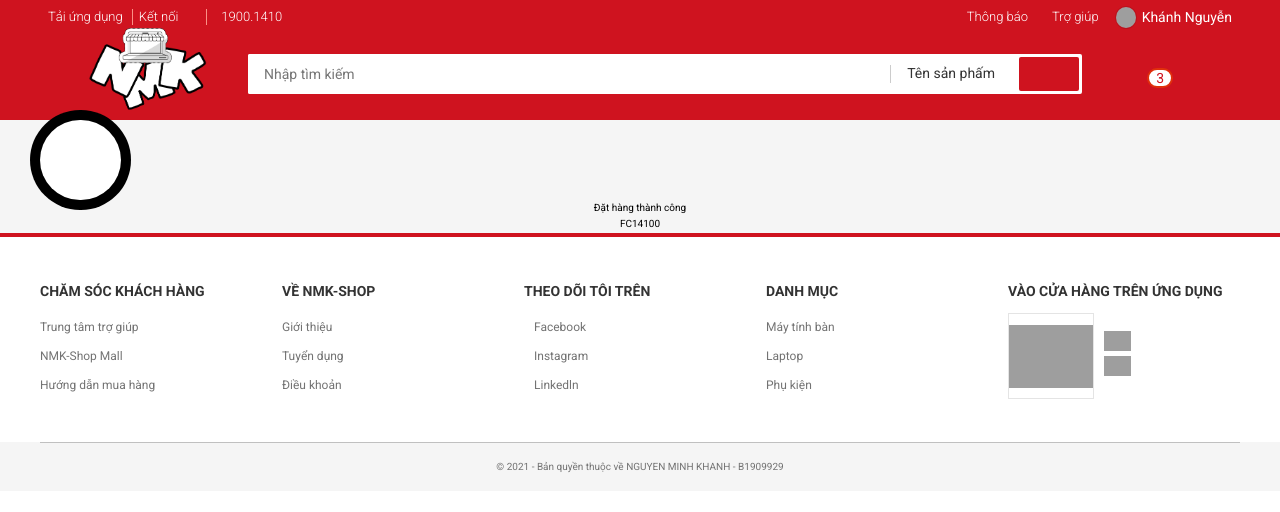
Repository: NguyenMinhKhanhB1909929/NMK-Shop
Page: orderedSuccess.html
An editor plug-in stored every save of this project. The page is shown before and after the next save, followed by the edit.
The browser window is 1280 px wide. The pictures show the whole page.
Pictures or frames that could not be fetched are drawn as grey boxes. Some icons come from a web library that is not loaded, so they are not drawn.

Above is the page before, as saved 2021-12-04 15:49:26.
Console error: TypeError: Cannot set properties of null (setting 'onclick')

After the next save:
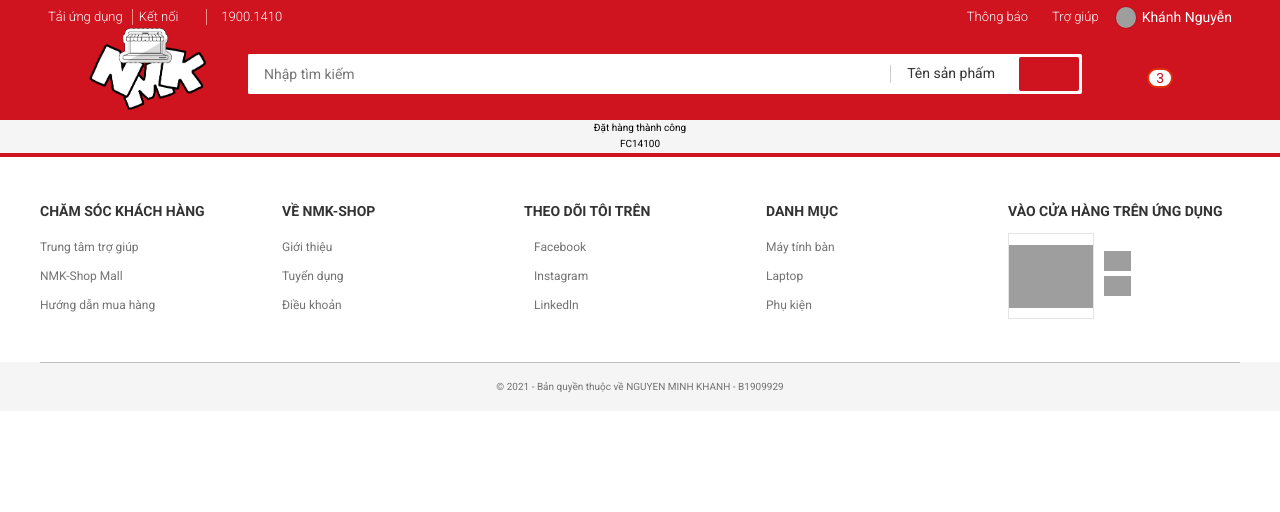
Saved 19 s later.
--- a/assets/css/orderSuccess.css
+++ b/assets/css/orderSuccess.css
@@ -2,11 +2,6 @@
   text-align: center;
 }
 .ordered__success-icon-wrap {
-  height: 80px;
-  width: 80.8px;
-  background-color: #ffffff;
-  border-radius: 100rem;
-  box-shadow: 0 0 0 10px #000;
 }
 .ordered__success-icon {
   font-size: 8rem;
